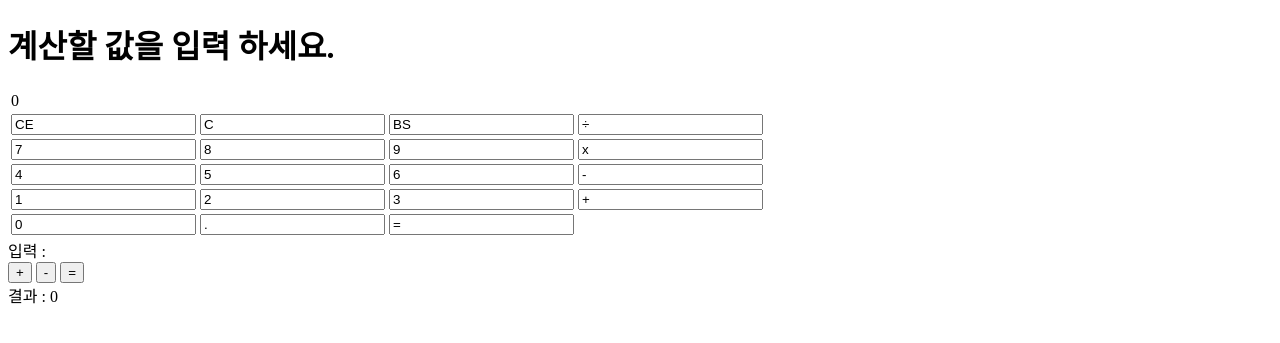
Repository: soyamilk0705/spring-newlecture
Page: ServeltAndJsp/JSPPrj/WebContent/calc3.html
An editor plug-in stored every save of this project. The page is shown before and after the next save, followed by the edit.
The browser window is 1280 px wide. The pictures show the whole page.

Above is the page before, as saved 2024-01-13 12:57:12.

### ServeltAndJsp/JSPPrj/WebContent/calc3.html
<!DOCTYPE html>
<html>
<head>
<meta charset="UTF-8">
<title>Insert title here</title>
</head>
<body>
	<h1>계산할 값을 입력 하세요.</h1>
	<form action="/calc3" method="post">
		<table>
			<tr>
				<td colspan="4">0</td>
			</tr>
			<tr>
				<td><input type="" name="" value="CE" /></td>
				<td><input type="" name="" value="C" /></td>
				<td><input type="" name="" value="BS" /></td>
				<td><input type="" name="" value="÷" /></td>
			</tr>
			<tr>
				<td><input type="" name="" value="7" /></td>
				<td><input type="" name="" value="8" /></td>
				<td><input type="" name="" value="9" /></td>
				<td><input type="" name="" value="x" /></td>
			</tr>
			<tr>
				<td><input type="" name="" value="4" /></td>
				<td><input type="" name="" value="5" /></td>
				<td><input type="" name="" value="6" /></td>
				<td><input type="" name="" value="-" /></td>
			</tr>
			<tr>
				<td><input type="" name="" value="1" /></td>
				<td><input type="" name="" value="2" /></td>
				<td><input type="" name="" value="3" /></td>
				<td><input type="" name="" value="+" /></td>
			</tr>
			<tr>
				<td><input type="" name="" value="0" /></td>
				<td><input type="" name="" value="." /></td>
				<td><input type="" name="" value="=" /></td>
			</tr>

		</table>
		<div>
			<label>입력 : </label>
		</div>
		<div>
			<input type="submit" name="operator" value="+">
			<input type="submit" name="operator" value="-">
			<input type="submit" name="operator" value="=">
		</div>
		<div>
			결과 : 0
		</div>
	</form>
</body>
</html>

After the next save:
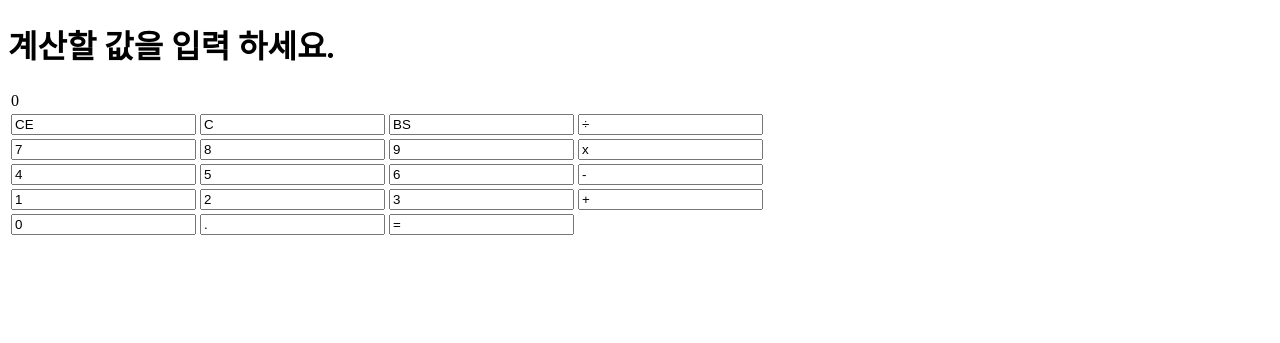
Saved 30 s later.
--- a/ServeltAndJsp/JSPPrj/WebContent/calc3.html
+++ b/ServeltAndJsp/JSPPrj/WebContent/calc3.html
@@ -40,19 +40,7 @@
 				<td><input type="" name="" value="." /></td>
 				<td><input type="" name="" value="=" /></td>
 			</tr>
-
 		</table>
-		<div>
-			<label>입력 : </label>
-		</div>
-		<div>
-			<input type="submit" name="operator" value="+">
-			<input type="submit" name="operator" value="-">
-			<input type="submit" name="operator" value="=">
-		</div>
-		<div>
-			결과 : 0
-		</div>
 	</form>
 </body>
 </html>
